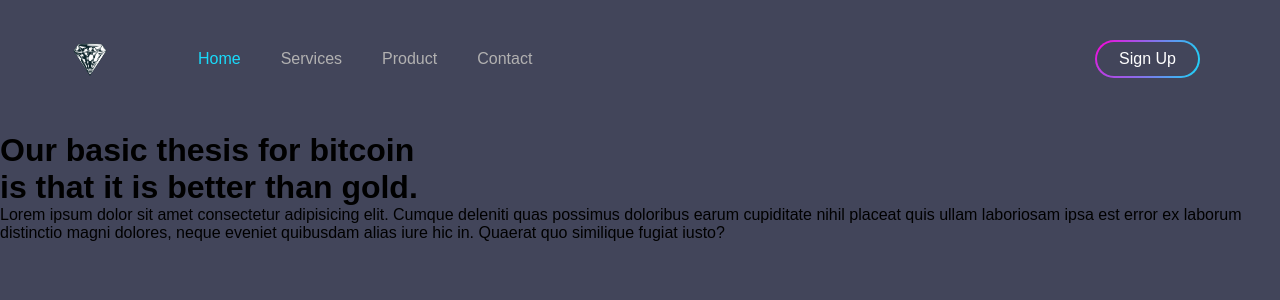
Repository: Aakarshit-Sharma19/Basic-HTML-and-CSS-Page-
Page: index.html
The author's editor kept a copy of each file at every save. The page is drawn from the files as they stood at one save, then again after a run of saves.
The browser window is 1280 px wide. The pictures show the whole page.

Above is the page before, as saved 2020-11-10 15:21:49.

After the next 2 saves:
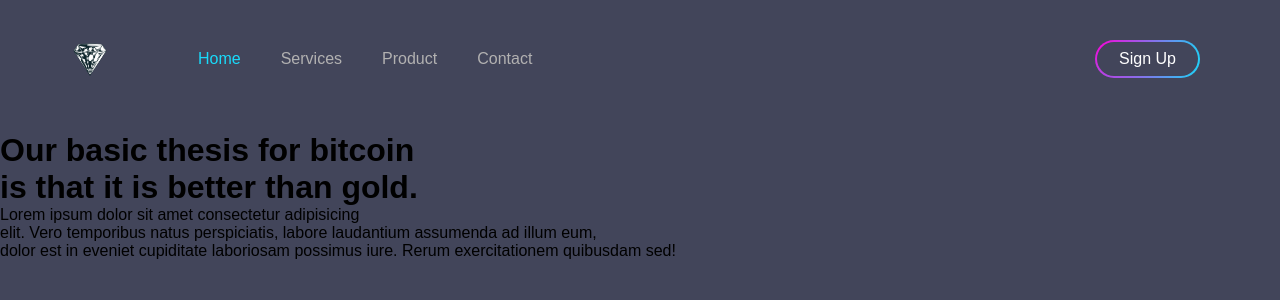
The 2 saves are shown as one change because they came seconds apart.
The last was saved 99 s later.
--- a/index.html
+++ b/index.html
@@ -21,9 +21,11 @@
         <div class="banner">
             <div class="app-text">
                 <h1>Our basic thesis for bitcoin <br> is that it is better than gold.</h1>
-                <p>Lorem ipsum dolor sit amet consectetur adipisicing elit. Cumque deleniti quas possimus doloribus
-                    earum cupiditate nihil placeat quis ullam laboriosam ipsa est error ex laborum distinctio magni
-                    dolores, neque eveniet quibusdam alias iure hic in. Quaerat quo similique fugiat iusto?</p>
+                <p>Lorem ipsum dolor sit amet consectetur adipisicing <br>elit. Vero temporibus natus perspiciatis,
+                    labore
+                    laudantium assumenda ad illum eum,<br> dolor est in eveniet cupiditate laboriosam possimus iure.
+                    Rerum
+                    exercitationem quibusdam sed!</p>
             </div>
         </div>
     </div>
